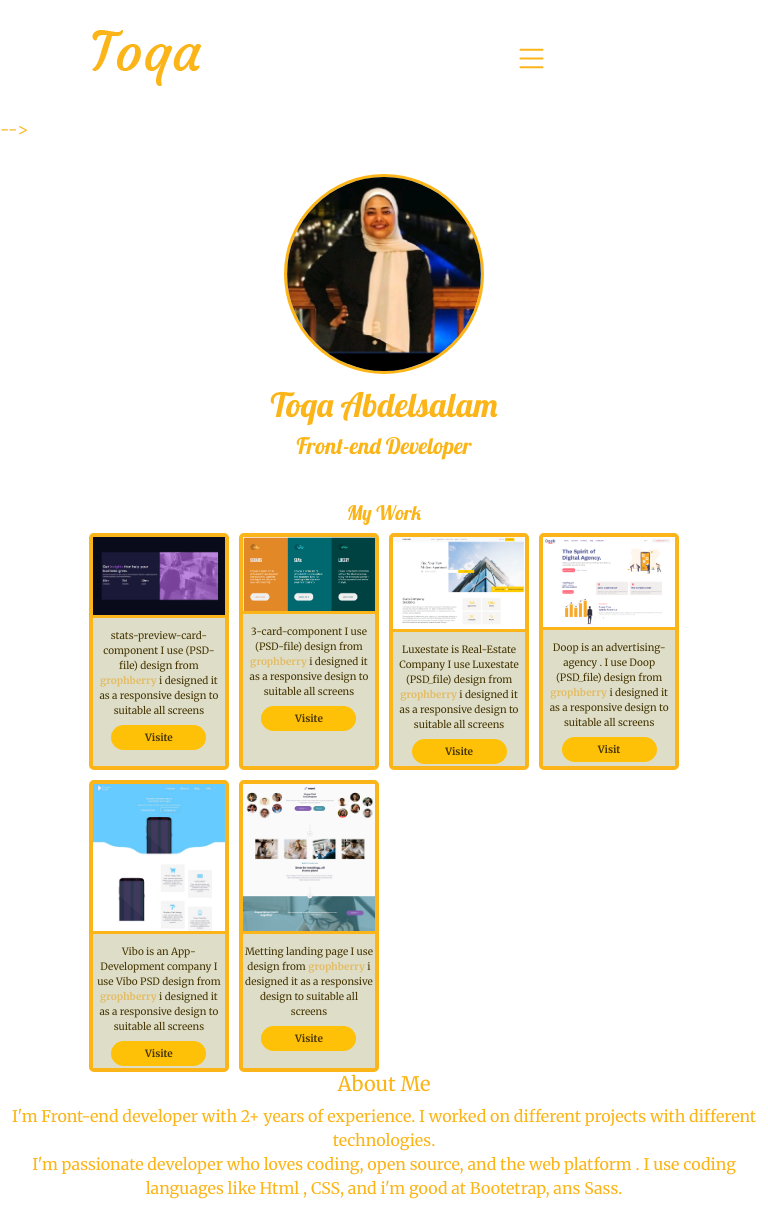
Repository: Toqa-25/portfolio
Page: index.html
An editor plug-in stored every save of this project. The page is shown before and after a run of saves, followed by the edit.
The browser window is 768 px wide. The pictures show the whole page.
The pointer rests on the first visible `.bar`.
Some web fonts or font styles are not loaded; a fallback is used.

Above is the page before, as saved 2021-10-31 17:04:52.

### index.html
<!DOCTYPE html>
<html lang="en">
<head>
    <meta charset="UTF-8">
    <meta http-equiv="X-UA-Compatible" content="IE=edge">
    <meta name="viewport" content="width=device-width, initial-scale=1.0">
    <title>Toqa Portfolio</title>
      <!-- bootstrap file -->
      <link rel="stylesheet" href="css/all.min.css">
      <link rel="stylesheet" href="css/bootstrap.css">
      <!-- css file -->
      <link rel="stylesheet" href="css/style.css">
      <!-- fonts -->
      <link rel="preconnect" href="https://fonts.googleapis.com">
<link rel="preconnect" href="https://fonts.gstatic.com" crossorigin>
<link href="https://fonts.googleapis.com/css2?family=Lobster&family=Otomanopee+One&display=swap" rel="stylesheet">
<link rel="preconnect" href="https://fonts.googleapis.com">
<link rel="preconnect" href="https://fonts.gstatic.com" crossorigin>
<link href="https://fonts.googleapis.com/css2?family=Merriweather:ital,wght@0,300;0,400;0,700;0,900;1,300;1,400;1,700;1,900&display=swap" rel="stylesheet">
<link rel="preconnect" href="https://fonts.googleapis.com">
<link rel="preconnect" href="https://fonts.gstatic.com" crossorigin>
<link href="https://fonts.googleapis.com/css2?family=Bebas+Neue&family=Oswald:wght@200;300;400;500;600;700&display=swap" rel="stylesheet">
</head>
<body>
        <!-- header section -->
    <header class="pad">
       <div class="container">
         <div class="header-content">
           <div class="header-logo">
             <img src="images/logo.png" alt="logo">
           </div>
           <div class="bar">
             <svg xmlns="http://www.w3.org/2000/svg" width="35" height="35" fill="#fbb519" class="bi bi-list" viewBox="0 0 16 16">
               <path fill-rule="evenodd" d="M2.5 12a.5.5 0 0 1 .5-.5h10a.5.5 0 0 1 0 1H3a.5.5 0 0 1-.5-.5zm0-4a.5.5 0 0 1 .5-.5h10a.5.5 0 0 1 0 1H3a.5.5 0 0 1-.5-.5zm0-4a.5.5 0 0 1 .5-.5h10a.5.5 0 0 1 0 1H3a.5.5 0 0 1-.5-.5z"/>
             </svg>
              <ul class="hidden-list unlist list">
              <li>About</li>
              <li>Work</li>
              <li>Services</li>
              <li>Contact me</li>
              <li>Reviews</li>
            </ul>
           </div>
           <div class="header-nav">
             <ul class="list unlist">
                 <li>About</li>
                 <li>Work</li>
                 <li>Services</li>
                 <li>Contact me</li>
                 <!-- <li>Reviews</li> -->
             </ul>

           </div>
         </div>
         </div>
        </header><!-- end header section -->
       <!-- <div role="bar">
      <ul class="hidden-bar">
        <li>About</li>
        <li>Work</li>
        <li>Services</li>
        <li>Contact me</li>
         <li>Reviews</li>
       </ul>
      </div> -->
    <!-- </nav> --> -->

    <!-- information  section -->
    <section  class="inform pad">
      <div class="main-inform " role="main">
        <div class="inform-info">
        <img src="images/toqa.jpg" alt=""><br>
        <h1>Toqa Abdelsalam</h1>
        <h4>Front-end Developer</h4>
      </div>
      </div>
    </section>

      <section class="section container work">
      <h5>My Work</h5>
      <div class="card-groups">
      <div class="project card" role="menu">
        <img src="images/toqa-25.github.io_stats-preview-card-component-main_.png" alt="">
        <p>stats-preview-card-component
      I use  (PSD-file) design from <span> <a href="https://www.frontendmentor.io/">grophberry</a></span>
  i designed it as a responsive design to suitable all screens <br>
  <button><a href="https://toqa-25.github.io/stats-preview-card-component-main/">Visite</a></button>
 </p>
 </div>
      <div class="project card" role="menu">
        <img src="images/toqa-25.github.io_3-cards-component3_.png" alt="">
        <p>3-card-component
      I use (PSD-file) design from <span> <a href="https://www.frontendmentor.io/">grophberry</a></span>
  i designed it as a responsive design to suitable all screens <br>
  <button><a href="https://toqa-25.github.io/3-cards-component/">Visite</a></button>
 </p>
 </div>
      <div class="project card" role="menu">
          <img src="images/destop-luxestate - Copy (1).png" alt="">
          <p>Luxestate is Real-Estate Company
        I use Luxestate (PSD_file) design from <span> <a href="https://www.graphberry.com/">grophberry</a></span>
    i designed it as a responsive design to suitable all screens <br>
    <button><a href="https://toqa-25.github.io/luxstate-project-/">Visite</a></button>
   </p>
   </div>
      <div class="project card" role="menu">
          <img src="images/web_design.png" alt="">
          <p>Doop is an advertising-agency .
        I use Doop (PSD_file) design from <span> <a href="https://www.graphberry.com/">grophberry</a></span>
    i designed it as a responsive design to suitable all screens <br>
    <button><a href="https://toqa-25.github.io/simply-agency/">Visit </a></button>
   </p>
   </div>
      <div class="project card" role="menu">
        <img src="images/Vibo_App(desktop)_toqa-25.github.io2.png" alt="">
          <p>Vibo is an App-Development company
        I use Vibo PSD design from <span> <a href="https://www.graphberry.com/">grophberry</a></span>
    i designed it as a responsive design to suitable all screens <br>
    <button><a href="https://toqa-25.github.io/vibo-app/">Visite</a></button>
   </p>
   </div>
   <div class="project card" role="menu">
    <img src="images/toqa-25.github.io_landing-meeting-page_desktop.png" alt="">
    <p>Metting landing page
  I use  design from <span> <a href="https://www.frontendmentor.io/">grophberry</a></span>
i designed it as a responsive design to suitable all screens <br>
<button><a href="https://toqa-25.github.io/landing-meeting-page/">Visite</a></button>
</p>
</div>
   </div>
      </section>

      <section class="section about">

          <h5>About Me</h5>
      <p> I'm Front-end developer with 2+ years of experience. I worked on different projects with different technologies. <br>
       I'm passionate developer who loves coding, open source, and the web platform .
       I use coding languages like Html , CSS, and i'm good at Bootetrap, ans Sass. </p>
      </section>

</body>
</html>

### css/style.css
/*
    public style
***********************
*/
:root{
    --main-color:#fbb519;
    --section-padding:30px;
}
* , *:after , *:before{
    box-sizing: border-box;
    margin: 0;
    padding: 0;
}
body{
    font-family: 'Merriweather', serif;
    color:var(--main-color);
}
.pad{
    padding: var(--section-padding) 0;
}
.container
{
  width: 80%;
  margin:auto;
}
 .pad h5{
    text-align: center;
    font-family: 'Lobster';
    margin-bottom: 15px;
 }
 .unlist{
     list-style: none;
 }
/*
    header style
***********************
*/
 header{
    font-family: 'Lobster', cursive;
 }
 .header-content{
    display: flex;
}
.header-logo{
    width:50%;
}
.bar{
    display: none;
    /* width: 50%; */
    margin: auto;
    text-align: center;
     transition: .2s;
     cursor: pointer;
}
 .header-nav{
   /* width:50%; */
    display: flex;
 }
 .header-nav .list{
     /* width: 100%; */
     display: flex;
     justify-content: space-between;
     align-items: center;
     padding: 17px;
 }
  .list li{
     font-size: 20px;
     transition: .2s;
     -webkit-transition: .2s;
     -moz-transition: .2s;
     -ms-transition: .2s;
     -o-transition: .2s;
     cursor: pointer;
     margin-bottom: 2px;
    }
     .list li:hover{
        border-bottom: 2px solid var(--main-color);
    }
    .hidden-list{
         background-color: #f5f5dc91;
         padding: 10px;
         border-radius: 5px;
         -webkit-border-radius: 5px;
         -moz-border-radius: 5px;
         -ms-border-radius: 5px;
         -o-border-radius: 5px;
         transition: .2s;
         -webkit-transition: .2s;
         -moz-transition: .2s;
         -ms-transition: .2s;
         -o-transition: .2s;
         visibility: hidden;
         display: none;
}
/* media quary for header*/
 @media (max-width: 991px){
   .header-nav {
      display: none;
  }
  .bar{
      display: flex;
  }
  .bar:hover .hidden-list{
    visibility: visible;
    di
  }
  /* div{
      display: block;
      padding: 15px;
  } */
  .main-inform  h2{
    font-size: 20px;
    line-height: 2rem;
  }
  .main-inform img{
    width: 100px;
    height: 100px;
 }
}
 @media (min-width: 768px){
     /* nav div{
         display: none;

     } */
 }


 /* .hidden-bar{
    display: none;

} */
.hidden-bar li:hover{
 padding: 5px;
 font-size: 25px;
}
/*
    my image style
***********************
*/

 .main-inform{
    color: var(--main-color);
    text-align: center;
    /* background-image: url(../images/mohammad-rahmani-8qEB0fTe9Vw-unsplash.jpg); */
    height: 300px;
    display: flex;
    align-items: center;
    justify-content: center;
    /* font-family: 'Bebas Neue', cursive; */
     /* font-family: 'Oswald', sans-serif; */
     font-family: 'Lobster', cursive;


 }
 .main-inform img{
     width: 200px;
     height: 200px;
     border:3px solid;
     border-radius: 50%;
     -webkit-border-radius: 50%;
     -moz-border-radius: 50%;
     -ms-border-radius: 50%;
     -o-border-radius: 50%;
     margin-bottom: 10px;
}
 h2{
    color: #dad3d3;
    text-transform: uppercase;
    line-height: 3rem;
 }
 span{
     color:var(--main-color)
 }
 .card-groups{
     display: grid;
    grid-template-columns:repeat(4,1fr);
    gap:10px;
 }
 .work h5{
    text-align: center;
    font-family: 'Lobster';
 }
.card {
    width: 100%;
    height: 100%;
    position: relative;
    display: flex;
    flex-direction: column;
    min-width: 0;
    word-wrap: break-word;
    background-color: black;
    background-clip: border-box;
    border: 4px solid var(--main-color);
    border-radius: 0.3rem;
}

.card img{
    max-width:100%;
    max-height: 150px;
    border-bottom: 3px solid;
}
.card img:hover{
   transform: scale(1.1);
   -webkit-transform: scale(1.1);
   -moz-transform: scale(1.1);
   -ms-transform: scale(1.1);
   -o-transform: scale(1.1);
}
.card p{
    margin-bottom: 1rem;
    background-color: black;
    font-size: 10px;
    padding: 2px;
    margin: 0px;
    margin-top: 0px;
    width: 100%;
    height: 100%;
    text-align: center;
    color:#483705;
    background-color: #f5f5dce8;
    padding-top: 10px;

}
.card p a{
    text-decoration: none;
    color: #e2bc66;
    font-weight: bolder;
}
.card p:hover{

}

.card button{
    width: 95px;
    text-align: center;
    background-color: #ffc107;
    border: none;
    border-radius: 15px;
    padding: 5px;
    margin-top: 7px;
}
.card button:hover{
    width:120px;
    padding: 10px;
}
.card button a{
    text-decoration: none;
    color: #483705;
}

.about{
    text-align: center;

}

/*
           media quary style
    ***************************************
        //extra small devices @media (maxwidth:575px)
        //small devices @media (maxwidth:767px)
        //medium devices @media (maxwidth:991px)
        //large devices @media (maxwidth:1199px)
*/

Loaded but not shown: css/all.min.css (library); css/bootstrap.css (library)

After the next 3 saves:
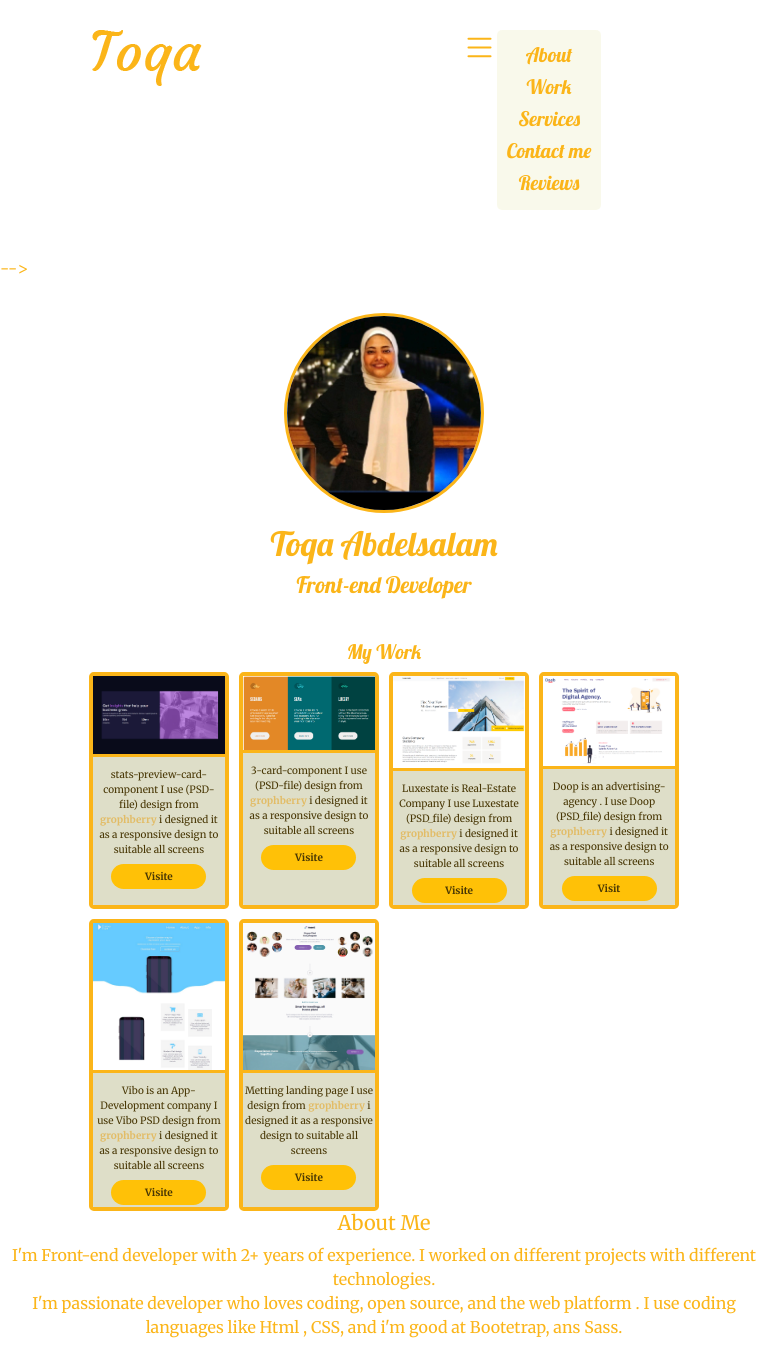
The 3 saves are shown as one change because they came seconds apart.
The last was saved 9 s later.
--- a/css/style.css
+++ b/css/style.css
@@ -102,7 +102,7 @@ body{
   }
   .bar:hover .hidden-list{
     visibility: visible;
-    di
+    display: block;
   }
   /* div{
       display: block;
